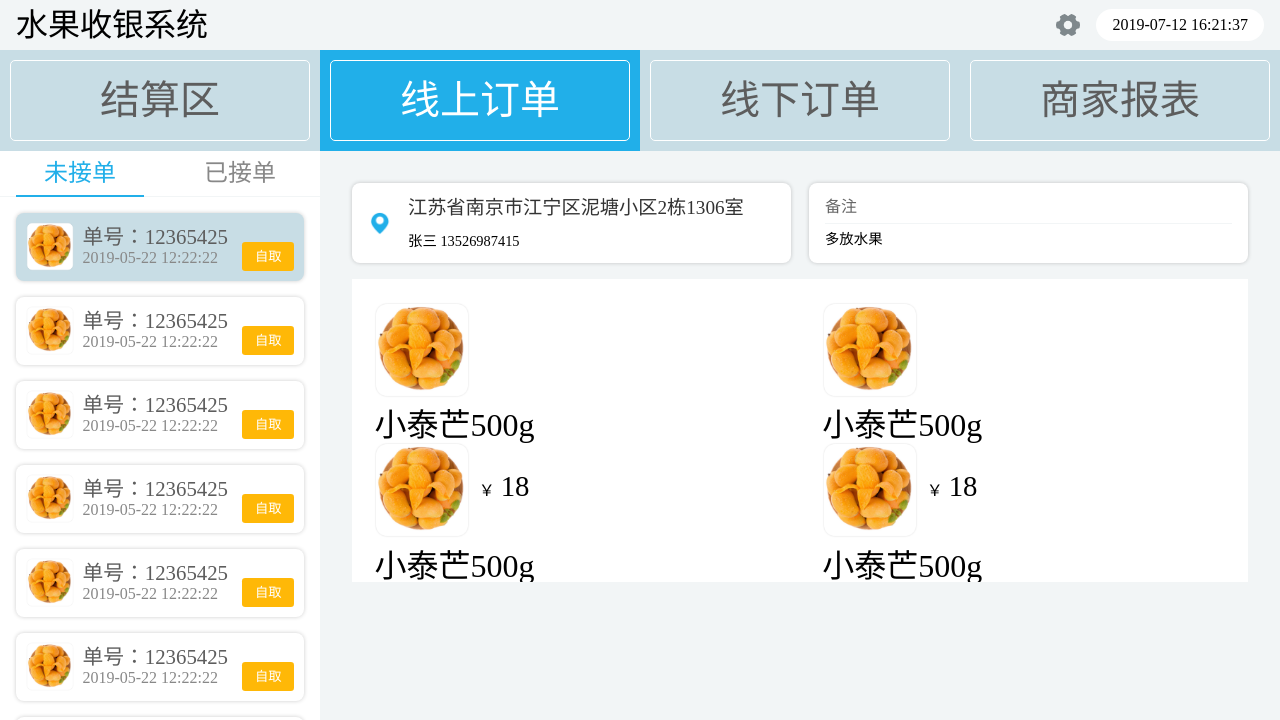
Repository: missing-star/fruit
Page: index.html
An editor plug-in stored every save of this project. The page is shown before and after the next save, followed by the edit.
The browser window is 1280 px wide. The pictures show the whole page.

Above is the page before, as saved 2019-07-12 17:16:01.

### index.html
<!DOCTYPE html>
<html lang="en">

<head>
    <meta charset="UTF-8">
    <meta name="viewport" content="width=device-width, initial-scale=1.0">
    <meta http-equiv="X-UA-Compatible" content="ie=edge">
    <title>水果收银系统</title>
    <link rel="stylesheet" href="./css/index.css">
</head>

<body>
    <div id="app">
        <header class="title-bar">
            <p class="title">水果收银系统</p>
            <div class="right-part-show">
                <img src="./images/setting.png" alt="设置" class="setting-icon">
                <p class="show-current-time">{{currentTime}}</p>
            </div>
        </header>
        <ul class="category-tab">
            <li class="category-item" :class="{active:currentIndex == 0}" @click="switchTab(0)">
                <p class="category-title">结算区</p>
            </li>
            <li class="category-item" :class="{active:currentIndex == 1}" @click="switchTab(1)">
                <p class="category-title">线上订单</p>
            </li>
            <li class="category-item" :class="{active:currentIndex == 2}" @click="switchTab(2)">
                <p class="category-title">线下订单</p>
            </li>
            <li class="category-item" :class="{active:currentIndex == 3}" @click="switchTab(3)">
                <p class="category-title">商家报表</p>
            </li>
        </ul>
        <!-- 结算区 -->
        <div v-show="currentIndex == 0" class="main-content">
            <div class="operation-wrapper">
                <ul class="goods-list-wrapper">
                    <li v-for="n in 10" class="goods-item">
                        <div class="goods-pic-wrapper">
                            <span class="delete-icon pointer"></span>
                            <img src="./images/goods.png" class="goods-pic">
                        </div>
                        <div class="goods-detail">
                            <p class="goods-title">苹果</p>
                            <p class="goods-spec">规格：12元/250g</p>
                            <p class="goods-money">
                                <span class="goods-weight">重量357g</span>
                                <span class="goods-price">
                                    <i class="money-icon black">￥</i>
                                    <i class="money-number black">18</i>
                                </span>
                            </p>
                        </div>
                    </li>
                </ul>
                <div class="calculator-scope">
                    <div class="show-total-money">
                        <p class="total-title">共4件商品</p>
                        <p class="total-money">
                            <span class="money-title">合计</span>
                            <span class="show-money">
                                <i class="money-icon blue">￥</i>
                                <i class="money-number blue">54.00</i>
                            </span>
                        </p>
                    </div>
                    <div class="operation-group">
                        <div class="left-part">
                            <button class="order-list pointer">挂单列表</button>
                            <button class="go-order pointer">挂单</button>
                        </div>
                        <button class="right-part pointer">
                            结算
                        </button>
                    </div>
                </div>
            </div>
            <div class="goods-choice-wrapper">
                <ul class="goods-category-wrapper">
                    <li @click="switchSubTab(n-1)" :class="{active:subCurrentIndex == n-1}" v-for="n in 20"
                        class="goods-category-item pointer">
                        分类
                    </li>
                </ul>
                <ul class="goods-choice-list">
                    <li v-for="n in 20" class="goods-choice-item">
                        <img src="./images/goods.png" class="goods-show-pic">
                        <p class="goods-desc">
                            <span class="goods-name">小泰芒</span>
                            <span class="price-weight">23元 / 250g</span>
                        </p>
                    </li>
                </ul>
            </div>
        </div>
        <div v-show="currentIndex == 1" class="main-content">
            <div class="operation-wrapper">
                <ul class="tab-wrapper">
                    <li @click="switchOnlineTab(0)" :class="{active:onlineCurrentIndex == 0}" class="tab-item pointer">
                        未接单</li>
                    <li @click="switchOnlineTab(1)" :class="{active:onlineCurrentIndex == 1}" class="tab-item pointer">
                        已接单</li>
                </ul>
                <div class="order-list-wrapper">
                    <ul v-show="onlineCurrentIndex == 0" class="accept-wrapper">
                        <li @click="getOrderDetail(0,n)" v-for="n in 20" class="order-item pointer"
                            :class="{active:currentOrder == n && onlineCurrentIndex == 0}">
                            <img src="./images/goods.png" class="order-goods-pic">
                            <div class="order-detail">
                                <p class="order-number">单号：12365425</p>
                                <p class="order-date">2019-05-22 12:22:22</p>
                            </div>
                            <button class="post-way self">自取</button>
                        </li>
                    </ul>
                    <ul v-show="onlineCurrentIndex == 1" class="accept-wrapper">
                        <li @click="getOrderDetail(1,n)" v-for="n in 20" class="order-item pointer"
                            :class="{active:currentOrder == n && onlineCurrentIndex == 1}">
                            <img src="./images/goods.png" class="order-goods-pic">
                            <div class="order-detail">
                                <p class="order-number">单号：12365425</p>
                                <p class="order-date">2019-05-22 12:22:22</p>
                            </div>
                            <button class="post-way post">自取</button>
                        </li>
                    </ul>
                </div>
            </div>
            <div class="order-detail-wrapper">
                <div class="user-info">
                    <div class="user-address info-part">
                        <img src="./images/location.png" class="location">
                        <div class="address-detail">
                            <p class="address">江苏省南京市江宁区泥塘小区2栋1306室</p>
                            <p class="user-detail">张三 13526987415</p>
                        </div>
                    </div>
                    <div class="user-comment info-part">
                        <p class="comment-title">备注</p>
                        <p class="user-detail">多放水果</p>
                    </div>
                </div>
                <ul class="order-detail-goods-list-wrapper">
                    <li v-for="n in 30" class="order-detail-goods-item">
                        <img src="./images/goods.png" class="order-detail-goods-pic">
                        <div class="order-detail-goods-detail">
                            <p class="title">小泰芒500g</p>
                            <p class="number-money">
                                <span class="goods-num">× 1</span>
                                <span class="goods-price">
                                    <i class="money-icon black">￥</i>
                                    <i class="money-number black">18</i>
                                </span>
                            </p>
                        </div>
                    </li>
                </ul>
            </div>
        </div>
        <div v-show="currentIndex == 2" class="main-content">

        </div>
        <div v-show="currentIndex == 3" class="main-content">

        </div>
    </div>
    <script src="https://cdn.bootcss.com/vue/2.6.10/vue.js"></script>
    <script src="./js/index.js"></script>
</body>

</html>

### css/index.css
html,body,div#app{
    height: 100%;
    background: #FFFFFF;
    min-width: 1200px;
}
body{
    font-size: calc(100vw / 19.2);
}
*{
    padding: 0;
    margin: 0;
    list-style: none;
    box-sizing: border-box;
    line-height: 100%;
    color: #000000;
    font-style: normal;
}
header.title-bar {
    background: #F2F5F6;
    padding: 1rem;
    height: 7%;
    display: flex;
    align-items: center;
    justify-content: space-between;
}
p.title {
    font-size: 2rem;
}
.right-part-show {
    display: flex;
    align-items: center;
    justify-content: space-around;
}
img.setting-icon {
    width: 1.5rem;
    margin-right: 1rem;
    cursor: pointer;
}
p.show-current-time {
    font-size: 1rem;
    background: #FFFFFF;
    padding: 0.5rem 1rem;
    border-radius: 10rem;
}
ul.category-tab {
    width: 100%;
    height: 14%;
    display: flex;
    align-items: center;
    justify-content: space-around;
    background: #C8DDE5;
}
li.category-item{
    width: 100%;
    height: 100%;
    display: flex;
    align-items: center;
    justify-content: center;
    padding: 10px;
    cursor: pointer;
}
li.category-item p.category-title {
    color: #5D5D5D;
    border: 1px solid #FFFFFF;
    border-radius: 5px;
    width: 100%;
    height: 100%;
    display: flex;
    align-items: center;
    justify-content: center;
    white-space: nowrap;
    font-size: 2.5rem;
}
li.category-item.active{
    background: #21AFE9;
}
li.category-item.active p.category-title{
    color: #FFFFFF;
}
.pointer{
    cursor: pointer;
}
.main-content {
    height: 79%;
    display: flex;
}
.operation-wrapper {
    width: 25%;
    height: 100%;
}
li.goods-item {
    height: 13vh;
    box-shadow: 0px 0px 4px 0px rgba(0,0,0,0.2);
    border-radius: 10px;
    margin: 1rem 0;
    display:flex;
}
.goods-pic-wrapper {
    position: relative;
    height: 100%;
    width: 30%;
    padding: 1rem;
}
img.goods-pic {
    width: 100%;
    height: auto;
}
ul.goods-list-wrapper {
    height: 75%;
    overflow: auto;
    padding: 0.5rem;
}
.calculator-scope {
    height: 25%;
}
span.delete-icon {
    width: 1.5rem;
    height: 1.5rem;
    background: url(../images/delete.png) no-repeat;
    background-size: 100% 100%;
    display: block;
    position: absolute;
    left: 0.5rem;
    top: 0.5rem;
}
.goods-detail {
    width: 70%;
    height: 100%;
}
p.goods-title {
    color: #000000;
    font-size: 2rem;
}
p.goods-spec {
    color: #6B6B6B;
    font-size: 1.2rem;
}
p.goods-money {
    display: flex;
    align-items: center;
    justify-content: space-between;
}
span.goods-weight {
    color: #FE7204;
    font-size: 1.5rem;
}
span.goods-price {
    font-size: 1.5rem;
}
.goods-detail {
    width: 70%;
    height: 100%;
    display: flex;
    flex-direction: column;
    justify-content: space-between;
    padding: 1rem;
}
i.money-number {
    font-size: 1.8rem;
}
i.money-icon {
    font-size: 1rem;
}
i.money-number.blue,i.money-icon.blue{
    color: #21AFE9;
}

.calculator-scope {
    border-top: 2px solid rgba(242,245,246,1);
    padding: 1rem;
}
div.show-total-money {
    background: rgba(242,245,246,1);
    display: flex;
    align-items: center;
    justify-content: space-between;
    font-size: 1.2rem;
    height: 30%;
    padding: 1rem;
    border-radius: 0.5rem;
    box-shadow:0px 1px 4px 0px rgba(0,0,0,0.2);
}
.operation-group {
    display: flex;
    align-items: center;
    justify-content: space-between;
    height: 70%;
    padding-top: 1rem;
}
p.total-title {
    color: #5D5D5D;
}
span.money-title {
    color: #333333;
}
button.order-list.pointer {
    background: #FFC639;
    outline: 0;
    border: none;
    color: #FFFFFF;
    width: 100%;
    height: 40%;
}
.left-part {
    width: 55%;
    height: 100%;
    display: flex;
    flex-direction: column;
    align-items: flex-start;
    justify-content: space-between;
}
button.order-list.pointer,button.go-order.pointer {
    border-radius: 0.5rem;
    background: #FFC639;
    outline: 0;
    border: none;
    color: #FFFFFF;
    width: 85%;
    height: 44%;
    font-size: 1.5rem;
}
button.go-order.pointer {
    background: #FF7A05;
}
.right-part {
    background: #21AFE9;
    border-radius: 0.5rem;
    color: #FFFFFF;
    font-size: 2rem;
    width: 45%;
    height: 100%;
    display: flex;
    align-items: center;
    justify-content: center;
    outline: 0;
    border:none;
}
ul.goods-category-wrapper {
    height: 100%;
    overflow: auto;
}
.goods-choice-wrapper {
    width: 75%;
    display: flex;
}
ul.goods-category-wrapper {
    width: 15%;
    height: 100%;
    overflow: auto;
}
li.goods-category-item {
    font-size: 1.5rem;
    display: flex;
    align-items: center;
    justify-content: center;
    height: 4rem;
    background: #EAEFF1;
    color: #5D5D5D;
    border-bottom: 2px solid #FFFFFF;
}
li.goods-category-item.active{
    background: #21AFE9;
    color: #FFFFFF;
}
ul.goods-choice-list {
    height: 100%;
    overflow: auto;
    width: 85%;
    background: #F2F5F6;
    display: flex;
    flex-wrap: wrap;
}
img.goods-show-pic {
    width: 100%;
}
li.goods-choice-item {
    width: 25%;
    margin: 2% calc(25% / 6);
    background: #FFFFFF;
    border-radius: 1rem;
    padding: 1rem;
}
p.goods-desc {
    display: flex;
    flex-direction: column;
    padding: 0 1rem;
}
span.goods-name {
    color: #333333;
    font-size: 2rem;
    margin-bottom: 1rem;
}
span.price-weight {
    color: #888888;
    font-size: 1.3rem;
}
ul::-webkit-scrollbar {
    height: 0;
    width: 4px;
}
ul::-webkit-scrollbar {
    width: 5px; /*对垂直流动条有效*/
    height: 0px; /*对水平流动条有效*/
}

/*定义滚动条的轨道颜色、内阴影及圆角*/
ul::-webkit-scrollbar-track{
    background-color: #FFFFFF;
    border-radius: 3px;
}


/*定义滑块颜色、内阴影及圆角*/
ul::-webkit-scrollbar-thumb{
    border-radius: 7px;
    background-color: #aaa;
}
ul.tab-wrapper{
    width: 100%;
    height: 8%;
    font-size: 1.5rem;
    display: flex;
    align-items: center;
    justify-content: space-around;
    border-bottom: 1px solid rgba(242,245,246,1);
}
li.tab-item{
    color: #888888;
    position: relative;
    width: 50%;
    text-align:center;
    height: 100%;
    display: flex;
    align-items: center;
    justify-content: center;
}
li.tab-item.active{
    color: #21AFE9;
}
li.tab-item.active:after{
    content: '';
    width: 80%;
    height: 2px;
    background: #21AFE9;
    position: absolute;
    bottom: -1px;
    left: 10%;
}
.order-list-wrapper {
    height: 92%;
}
ul.accept-wrapper {
    width: 100%;
    height: 100%;
    overflow: auto;
}
li.order-item {
    display: flex;
    align-items: center;
    justify-content: space-between;
    height: 13%;
    font-size: 1rem;
    box-shadow: 0px 0px 4px 0px rgba(0,0,0,0.2);
    border-radius: 0.5rem;
    margin: 1rem;
    padding: 0.6rem;
}
img.order-goods-pic{
    height: 100%;
}
button.post-way {
    align-self: flex-end;
    border: none;
    outline: 0;
    color: #FFFFFF;
    padding: 0.5rem 0.8rem;
    border-radius: 0.2rem;
}
button.post-way.self{
    background: #FFB807;
}
button.post-way.post{
    background: #FF7A05;
}
p.order-number {
    color: #5D5D5D;
    font-size: 1.3rem;
}
p.order-date {
    color: #888888;
    font-size: 1rem;
}
.order-detail {
    flex: 1;
    height: 85%;
    display: flex;
    align-items: flex-start;
    padding-left: 0.5rem;
    justify-content: space-around;
    flex-direction: column;
}
li.order-item.active{
    background: #C8DDE5;
}
.order-detail-wrapper {
    width: 75%;
    height: 100%;
    background: #F2F5F6;
    padding: 2rem;
}
.user-info {
    display: flex;
    align-items: center;
    justify-content: space-between;
    font-size: 1rem;
}
.info-part {
    box-shadow: 0px 0px 4px 0px rgba(0,0,0,0.2);
    border-radius: 0.5rem;
    width: 49%;
    padding: 1rem;
    height: 5rem;
    display: flex;
    align-items: center;
    background: #FFFFFF;
}
img.location{
    width: 1.5rem;
}
.address-detail{
    padding-left: 1rem;
}
p.address {
    color: #333333;
    font-size: 1.2rem;
    padding-bottom: 0.5rem;
}
p.user-detail {
    font-size: 0.9rem;
    padding-top: 0.5rem;
}
.user-comment.info-part {
    display: flex;
    flex-direction: column;
    align-items: flex-start;
}
p.comment-title {
    color: #666666;
    padding-bottom: 0.5rem;
    width: 100%;
    border-bottom: 1px solid #F2F5F6;
}
ul.order-detail-goods-list-wrapper {
    height: 60%;
    overflow: auto;
    margin-top: 1rem;
    display: flex;
    flex-wrap: wrap;
    background: #FFFFFF;
}
li.order-detail-goods-item {
    width: 45%;
    margin: 2.5%;
    height: 6rem;
}
img.order-detail-goods-pic {
    height: 100%;
}

### js/index.js
new Vue({
    el: '#app',
    data: {
        currentTime: '0000-00-00 00:00:00',
        currentIndex:1,
        subCurrentIndex:0,
        onlineCurrentIndex:0,
        currentOrder:1
    },
    methods: {
        getCurrentTime: function () {
            var date = new Date();
            var year = date.getFullYear();
            var month = (date.getMonth() + 1) < 10 ? '0' + (date.getMonth() + 1) : (date.getMonth() + 1);
            var day = date.getDate() < 10 ? '0' + date.getDate() : date.getDate();
            var hour = date.getHours() < 10 ? '0' + date.getHours() : date.getHours();
            var minute = date.getMinutes() < 10 ? '0' + date.getMinutes() : date.getMinutes();
            var second = date.getSeconds() < 10 ? '0' + date.getSeconds() : date.getSeconds();
            this.currentTime = year + '-' + month + '-' + day + ' ' + hour + ':' + minute + ':' + second;
        },
        switchTab:function(index) {
            if(this.currentIndex != index) {
                this.currentIndex = index;
            }
        },
        switchSubTab:function(index) {
            if(this.subCurrentIndex != index) {
                this.subCurrentIndex = index;
            }
        },
        switchOnlineTab:function(index) {
            if(this.onlineCurrentIndex != index) {
                this.onlineCurrentIndex = index;
            }
        },
        getOrderDetail:function(onlineCurrentIndex,currentOrder) {
            if(this.onlineCurrentIndex != onlineCurrentIndex || currentOrder != this.currentOrder) {
                this.onlineCurrentIndex = onlineCurrentIndex;
                this.currentOrder = currentOrder;
            }
        }
    },
    created: function () {
        var vm = this;
        vm.getCurrentTime();
        setInterval(function(){
            vm.getCurrentTime();
        }, 1000);
    }
});

After the next save:
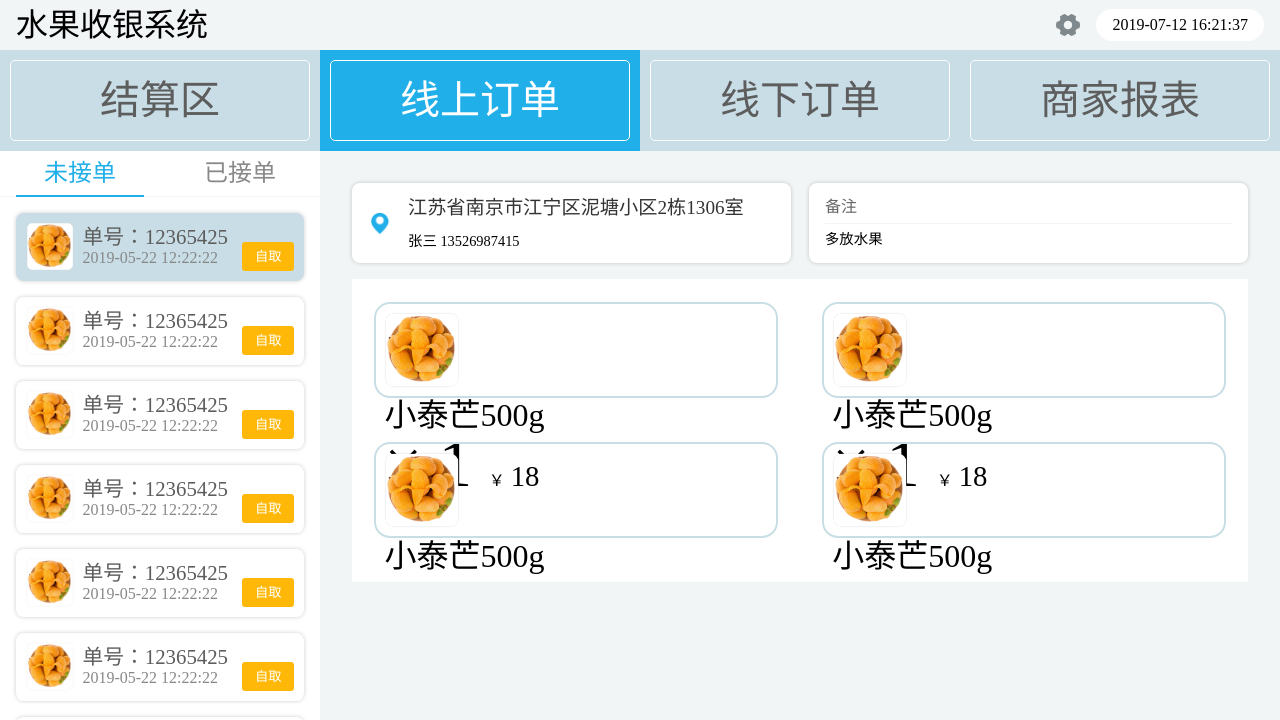
Saved 56 s later.
--- a/css/index.css
+++ b/css/index.css
@@ -466,3 +466,11 @@ li.order-detail-goods-item {
 img.order-detail-goods-pic {
     height: 100%;
 }
+li.order-detail-goods-item {
+    width: 45%;
+    margin: 2.5%;
+    height: 6rem;
+    border: 2px solid #C8DDE5;
+    border-radius: 1rem;
+    padding: 0.5rem;
+}
